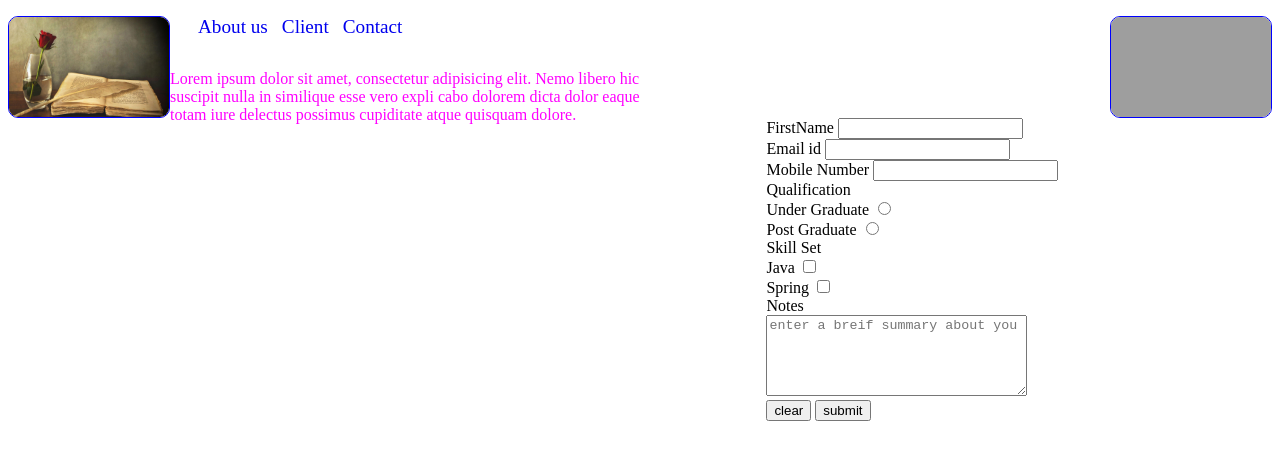
Repository: Balamurugan1914/crud_operation_without_db
Page: html_example/src/main/webapp/Registeration.html
An editor plug-in stored every save of this project. The page is shown before and after the next save, followed by the edit.
The browser window is 1280 px wide. The pictures show the whole page.
Pictures or frames that could not be fetched are drawn as grey boxes.

Above is the page before, as saved 2022-06-23 06:37:28.

After the next save:
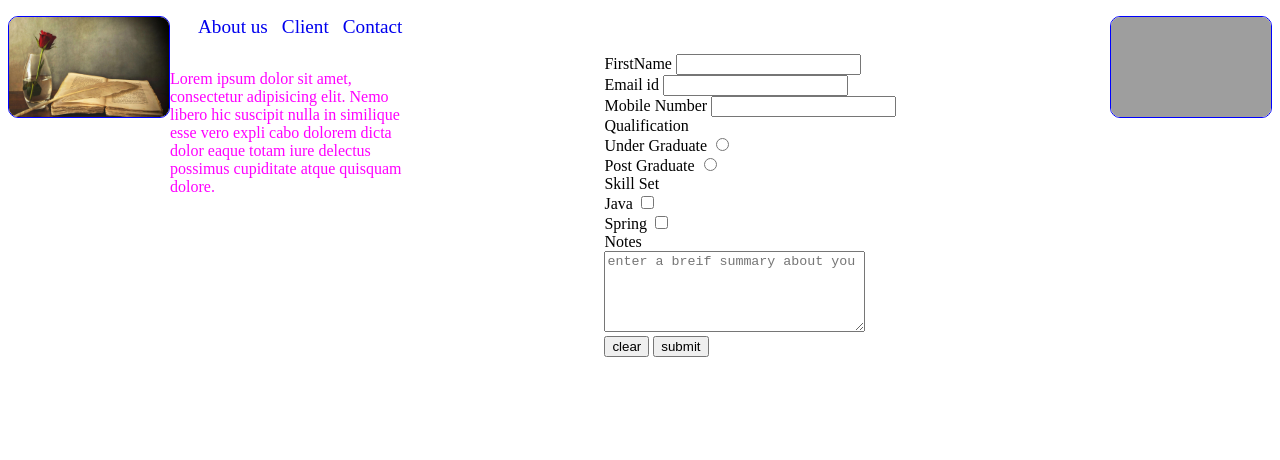
Saved 9 s later.
--- a/html_example/src/main/webapp/Registeration.html
+++ b/html_example/src/main/webapp/Registeration.html
@@ -49,7 +49,7 @@ border-radius: 10px
 
 	<section style="width: 100%">
 
-			<article style="width: 40%" class="left">
+			<article style="width: 20%" class="left">
 			<p style="color: magenta">Lorem ipsum dolor sit amet, consectetur adipisicing elit. Nemo libero hic suscipit nulla in similique esse vero expli
 cabo dolorem dicta dolor eaque totam iure delectus possimus cupiditate atque quisquam dolore.</p>
 
